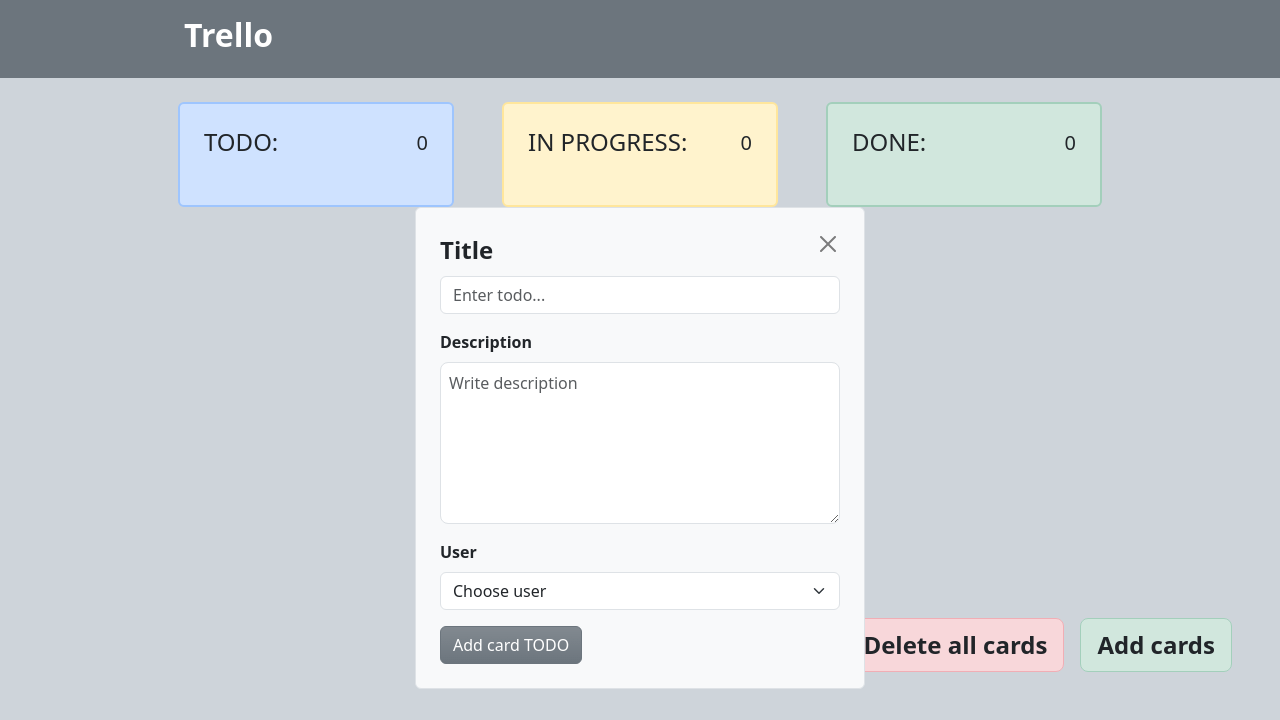
Repository: Valeria154/trello-app-clone
Page: / (app in trello-app-project/)
These files come from the project's save history. The page is drawn as it stood at one moment and after the next save; the edit follows.
The browser window is 1280 px wide. The pictures show the whole page.
The project was rebuilt for these pictures with package versions that can differ from the ones it lists, and the page was loaded fresh each time. Also part of the build but not shown: trello-app-project/vite.config.js.

Above is the page before, as saved 2025-03-15 20:01:51.
Console error: ReferenceError: showClock is not defined

### trello-app-project/src/index.html
<!doctype html>
<html lang="en">

<head>
	<meta charset="UTF-8" />
	<meta name="viewport" content="width=device-width, initial-scale=1.0" />
	<title>Trello</title>
	<script type="module" src="./main.js"></script>
</head>

<body class="bg-dark-subtle">
	<header class="bg-secondary p-3">
		<div class="container d-flex justify-content-between align-items-center mx-autox w-75">
			<h1 class="fs-2 fw-bold text-white">Trello</h1>
			<div class="fs-5 fw-semibold text-white" id="clock"></div>
		</div>
	</header>
	<main class="p-4">
		<div class="container text-center w-75">
			<div class="row align-items-start mb-6 gap-5">
				<!-- TODO -->
				<div class="col border border-primary-subtle border-2 rounded-2 text-dark p-4 bg-primary-subtle">
					<div class="d-flex justify-content-between mb-3">
						<h4>TODO:</h4>
						<div id="todoCount" class="fs-5">0</div>
					</div>
					<div id="todo"></div>
				</div>
				<!-- In progress -->
				<div class="col border border-warning-subtle border-2 rounded-2 text-dark p-4 bg-warning-subtle">
					<div class="d-flex justify-content-between mb-3">
						<h4>IN PROGRESS:</h4>
						<div id="progressCount " class="fs-5">0</div>
					</div>
					<div id="progress"></div>
				</div>
				<!-- Done -->
				<div class="col border border-success-subtle border-2 rounded-2 text-dark p-4 bg-success-subtle">
					<div class="d-flex justify-content-between mb-3">
						<h4>DONE:</h4>
						<div id="doneCount" class="fs-5">0</div>
					</div>
					<div id="done"></div>
				</div>
			</div>
			<div class="d-grid gap-2 d-md-flex justify-content-md-end position-fixed bottom-0 end-0 p-5">
				<button class="btn btn-lg bg-danger-subtle border-danger-subtle me-md-2 fs-4 fw-semibold" type="button"
					id="deleteAllBtn">Delete all
					cards</button>
				<button id="addCardBtn" class="btn btn-lg bg-success-subtle border-success-subtle fs-4 fw-semibold"
					type="button">Add
					cards</button>
			</div>
			<!-- Modal TODO -->
			<div class="d-flex justify-content-center align-items-center">
				<form class="p-4 border rounded bg-light text-start fw-semibold w-50 position-relative">
					<div class="mb-3">
						<label for="titile" class="form-label fs-4">Title</label>
						<input type="text" class="form-control" id="title" placeholder="Enter todo...">
					</div>
					<div class="mb-3">
						<label for="description" class="form-label">Description</label>
						<textarea class="form-control p-2 rounded-3" id="description" rows="6"
							placeholder="Write description"></textarea>
					</div>
					<div class="mb-3">
						<label for="user" class="form-label">User </label>
						<select id="user" class="form-select">
							<option selected value="">Choose user</option>
							<option value="Amelia">Amelia</option>
							<option value="Mary">Mary</option>
							<option value="Thomas">Thomas</option>
							<option value="Harry">Harry</option>
							<option value="Susan">Susan</option>
						</select>
					</div>
					<button type="submit" class="btn btn-primary bg-secondary bg-gradient border-secondary">Add card
						TODO</button>
					<button type="button" class="btn-close position-absolute top-0 end-0 me-4 mt-4"
						aria-label="close"></button>
				</form>
			</div>
		</div>
	</main>

</body>

</html>

### trello-app-project/src/main.js
import './style.scss'
// import javascriptLogo from './javascript.svg'
// import viteLogo from '/vite.svg'

const clockElement = document.querySelector('#clock')
const addCardElement = document.querySelector('#addCardBtn')
const formElement =

	//функция, которая отражает часы
	function showClock() {
		clockElement.textContent = new Date().toLocaleTimeString()
	}
setInterval(showClock, 1000)
showClock()

addCardElement.addEventListener('click', handleClickButtonAddCard)

function handleClickButtonAddCard() {
	Toggle
}
// function handleClickButtonAddTodo() {
// 	toggleModal(formModalElement)
// 	formElement.innerHTML = buildFormModal()
// }

Loaded but not shown: trello-app-project/src/style.scss (common file)

After the next save:
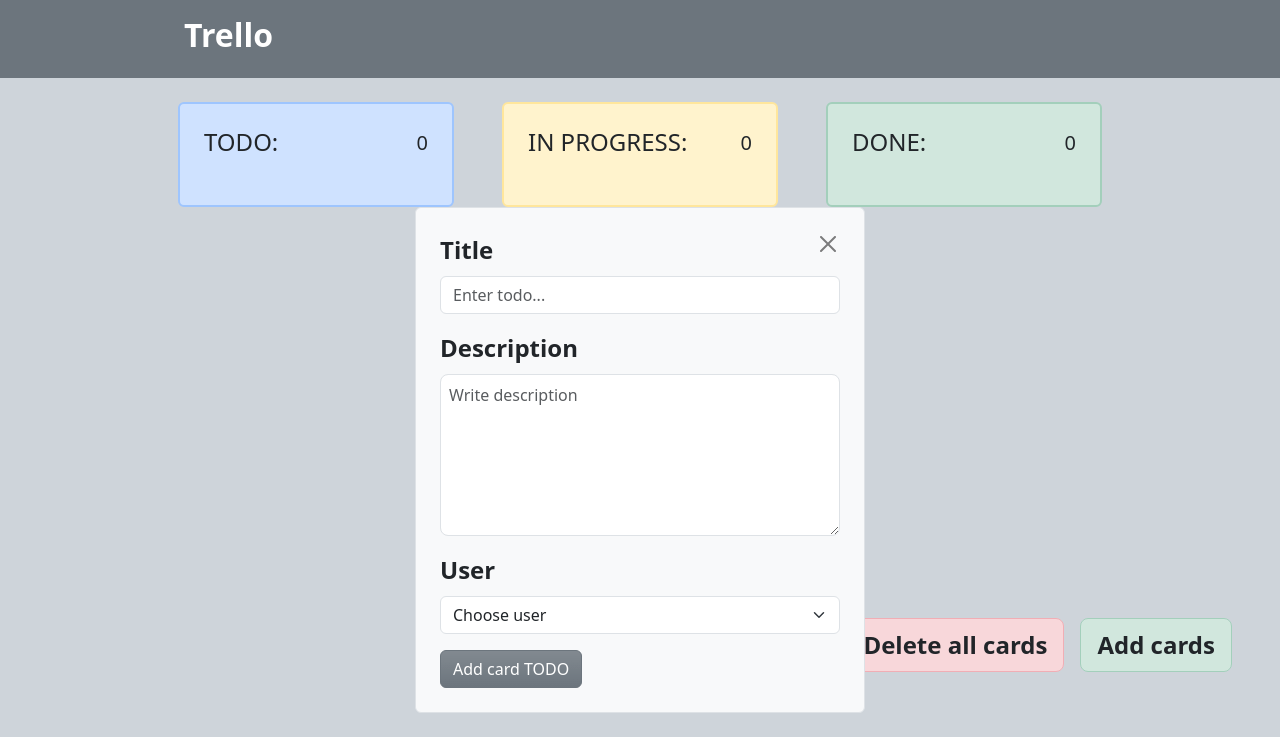
Saved 20 s later.
--- a/trello-app-project/src/index.html
+++ b/trello-app-project/src/index.html
@@ -59,12 +59,12 @@
 						<input type="text" class="form-control" id="title" placeholder="Enter todo...">
 					</div>
 					<div class="mb-3">
-						<label for="description" class="form-label">Description</label>
+						<label for="description" class="form-label fs-4">Description</label>
 						<textarea class="form-control p-2 rounded-3" id="description" rows="6"
 							placeholder="Write description"></textarea>
 					</div>
 					<div class="mb-3">
-						<label for="user" class="form-label">User </label>
+						<label for="user" class="form-label fs-4">User </label>
 						<select id="user" class="form-select">
 							<option selected value="">Choose user</option>
 							<option value="Amelia">Amelia</option>
